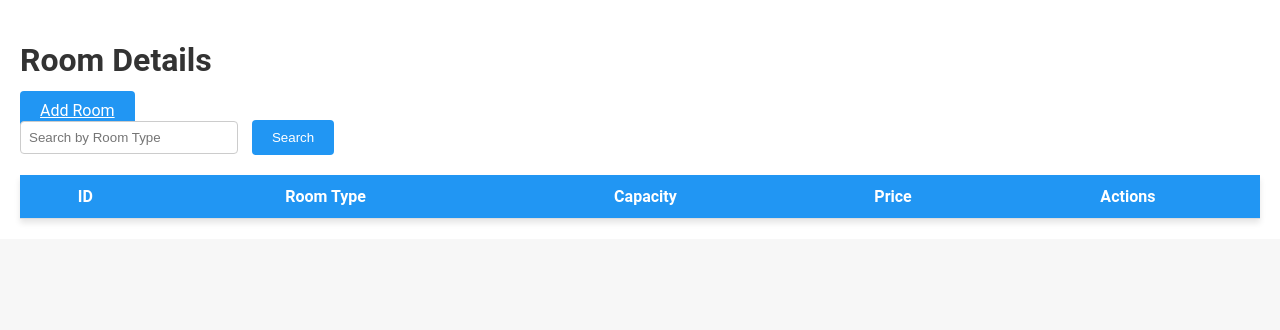
Repository: Trikisalem/examentp_jakarta
Page: http://localhost/hotel/admin/profit.jsp
An editor plug-in stored every save of this project. The page is shown before and after the next save, followed by the edit.
The browser window is 1280 px wide. The pictures show the whole page.
The page is served by Tomcat 10. Nobody is signed in. The application's start-up code is not run. Other server files are loaded and not shown. Queries for data that is not in the repository find no rows.

Above is the page before, as saved 2024-12-17 11:30:41.

### hotel/src/main/webapp/admin/profit.jsp
<%@ page language="java" contentType="text/html; charset=UTF-8" pageEncoding="UTF-8"%>
<%@ page import="java.sql.*" %>
<!DOCTYPE html>
<html xmlns="http://www.w3.org/1999/xhtml">
<head>
    <meta charset="utf-8" />
    <meta name="viewport" content="width=device-width, initial-scale=1.0" />
    <title>Hotel Management - Profit</title>
    <style>
        body {
            font-family: 'Roboto', sans-serif;
            background-color: #f7f7f7;
            margin: 0;
            padding: 0;
            color: #333;
        }
        #page-wrapper {
            padding: 20px;
            background-color: #fff;
        }
        .btn {
            padding: 10px 20px;
            background-color: #2196F3;
            color: white;
            border: none;
            cursor: pointer;
            border-radius: 4px;
        }
        .btn:hover {
            background-color: #0b7dda;
        }
        .search-container {
            margin-bottom: 20px;
        }
        .search-input {
            padding: 8px;
            width: 200px;
            border: 1px solid #ccc;
            border-radius: 4px;
            margin-right: 10px;
        }
        .table {
            width: 100%;
            border-collapse: collapse;
            box-shadow: 0 4px 6px rgba(0, 0, 0, 0.1);
        }
        .table th, .table td {
            padding: 12px;
            border-bottom: 1px solid #ddd;
        }
        .table th {
            background-color: #2196F3;
            color: white;
        }
        .table-striped tbody tr:nth-child(odd) {
            background-color: #f9f9f9;
        }
    </style>
</head>
<body>
    <div id="page-wrapper">
        <h1>Room Details</h1>

        <!-- Bouton pour ajouter une chambre -->
        <a href="addRoom.jsp" class="btn">Add Room</a>

        <!-- Barre de recherche -->
        <div class="search-container">
            <form method="get" action="profit.jsp">
                <input type="text" name="search" class="search-input" placeholder="Search by Room Type" />
                <button type="submit" class="btn">Search</button>
            </form>
        </div>

        <!-- Table des résultats -->
        <table class="table table-striped">
            <thead>
                <tr>
                    <th>ID</th>
                    <th>Room Type</th>
                    <th>Capacity</th>
                    <th>Price</th>
                    <th>Actions</th>
                </tr>
            </thead>
            <tbody>
                <%
                    String searchParam = request.getParameter("search");
                    String url = "jdbc:mysql://localhost:3306/hotel_management";
                    String user = "root";
                    String password = "triki";

                    Connection conn = null;
                    PreparedStatement stmt = null;
                    ResultSet rs = null;

                    try {
                        Class.forName("com.mysql.cj.jdbc.Driver");
                        conn = DriverManager.getConnection(url, user, password);

                        // Condition de filtrage
                        String sql = "SELECT id, label, capacity, price FROM RoomType";
                        if (searchParam != null && !searchParam.isEmpty()) {
                            sql += " WHERE label LIKE ?";
                        }

                        stmt = conn.prepareStatement(sql);

                        // Appliquer le critère de recherche s'il est présent
                        if (searchParam != null && !searchParam.isEmpty()) {
                            stmt.setString(1, "%" + searchParam + "%");
                        }

                        rs = stmt.executeQuery();

                        while (rs.next()) {
                            int id = rs.getInt("id");
                            String label = rs.getString("label");
                            int capacity = rs.getInt("capacity");
                            double price = rs.getDouble("price");
                %>
                <tr>
                    <td><%= id %></td>
                    <td><%= label %></td>
                    <td><%= capacity %></td>
                    <td><%= price %></td>
                    <td>
                        <a href="editRoom.jsp?id=<%= id %>" class="btn">Update</a>
                        <a href="deleteRoom.jsp?id=<%= id %>" class="btn">Delete</a>
                    </td>
                </tr>
                <%
                        }
                    } catch (SQLException | ClassNotFoundException e) {
                        e.printStackTrace();
                    } finally {
                        try {
                            if (rs != null) rs.close();
                            if (stmt != null) stmt.close();
                            if (conn != null) conn.close();
                        } catch (SQLException e) {
                            e.printStackTrace();
                        }
                    }
                %>
            </tbody>
        </table>
    </div>
</body>
</html>

After the next save:
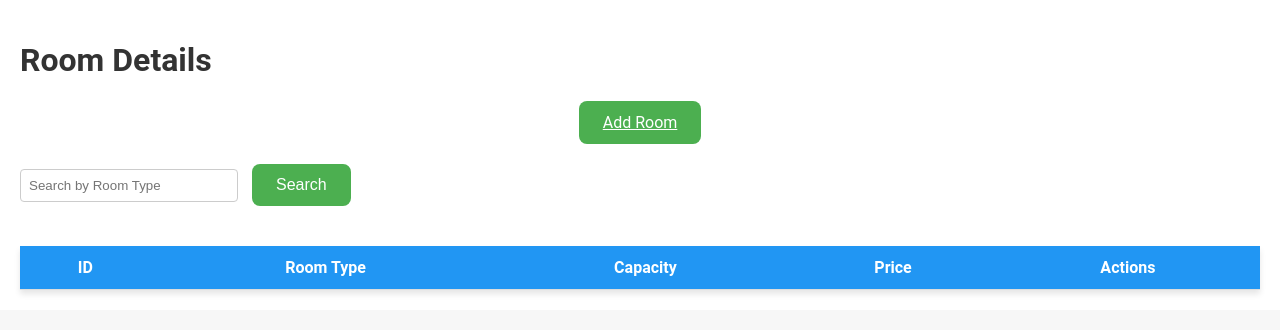
Saved 2 min 52 s later.
--- a/hotel/src/main/webapp/admin/profit.jsp
+++ b/hotel/src/main/webapp/admin/profit.jsp
@@ -19,15 +19,24 @@
             background-color: #fff;
         }
         .btn {
-            padding: 10px 20px;
-            background-color: #2196F3;
+            padding: 12px 24px;
+            background-color: #4CAF50; /* Green */
             color: white;
             border: none;
+            border-radius: 8px;
+            font-size: 16px;
             cursor: pointer;
-            border-radius: 4px;
+            text-align: center;
+            display: inline-block;
+            transition: background-color 0.3s ease, transform 0.2s ease;
+            margin-bottom: 20px;
         }
         .btn:hover {
-            background-color: #0b7dda;
+            background-color: #45a049; /* Darker Green */
+            transform: scale(1.05); /* Slight zoom effect */
+        }
+        .btn:active {
+            transform: scale(0.98); /* Shrinks slightly when clicked */
         }
         .search-container {
             margin-bottom: 20px;
@@ -62,7 +71,9 @@
         <h1>Room Details</h1>
 
         <!-- Bouton pour ajouter une chambre -->
-        <a href="addRoom.jsp" class="btn">Add Room</a>
+        <div style="text-align: center;">
+            <a href="addRoom.jsp" class="btn">Add Room</a>
+        </div>
 
         <!-- Barre de recherche -->
         <div class="search-container">
